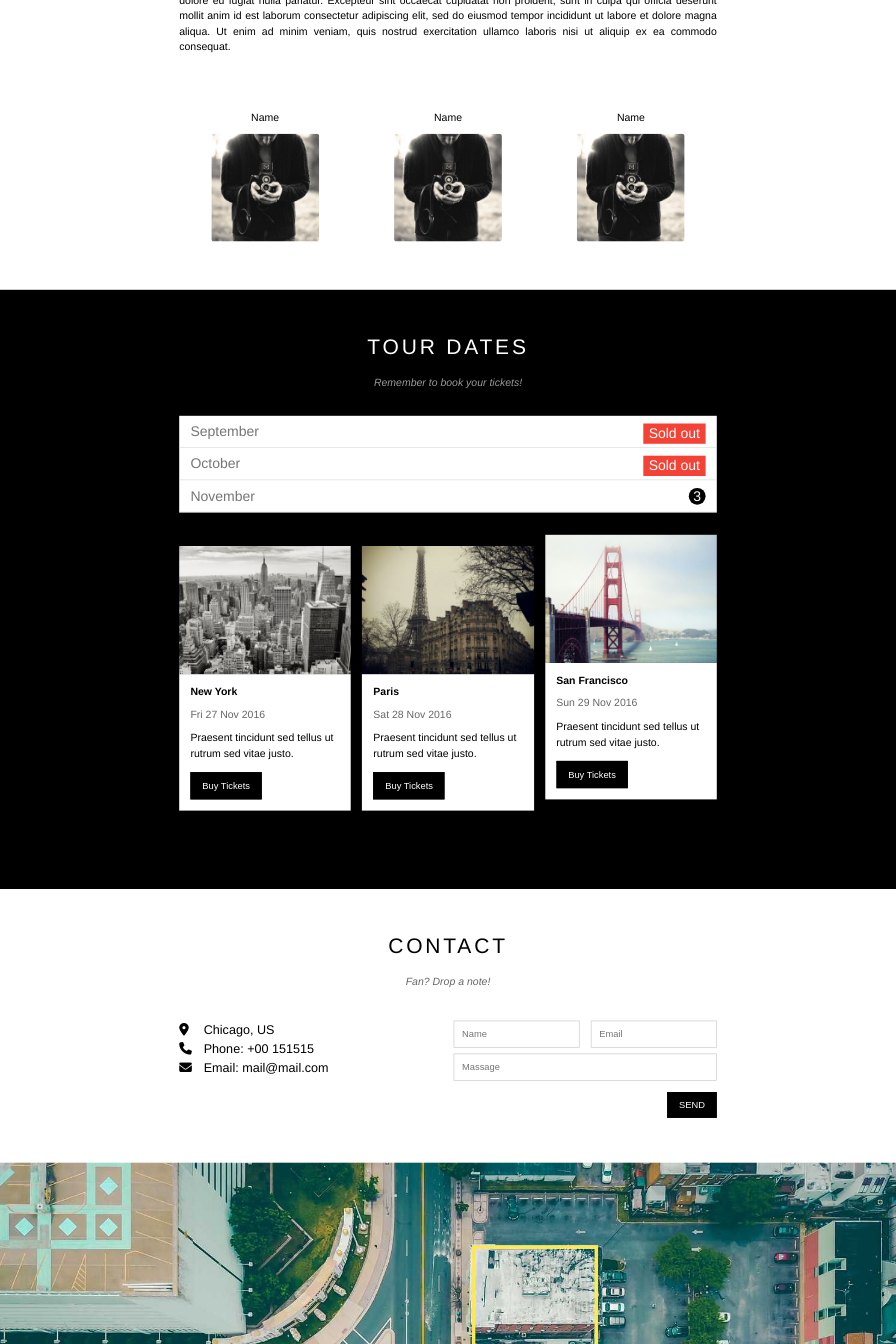
Repository: nugort/nugort.github.io
Page: learing/f8/the-band/index.html
The author's editor kept a copy of each file at every save. The page is drawn from the files as they stood at one save, then again after the next save.
The browser window is 1280 px wide. The pictures show the part of the page from y = 930 to 2850 px (the page is 3549 px tall), at 70% of full size.
Some web libraries are served in a nearby version.

Above is the page before, as saved 2022-03-07 03:53:15.

After the next save:
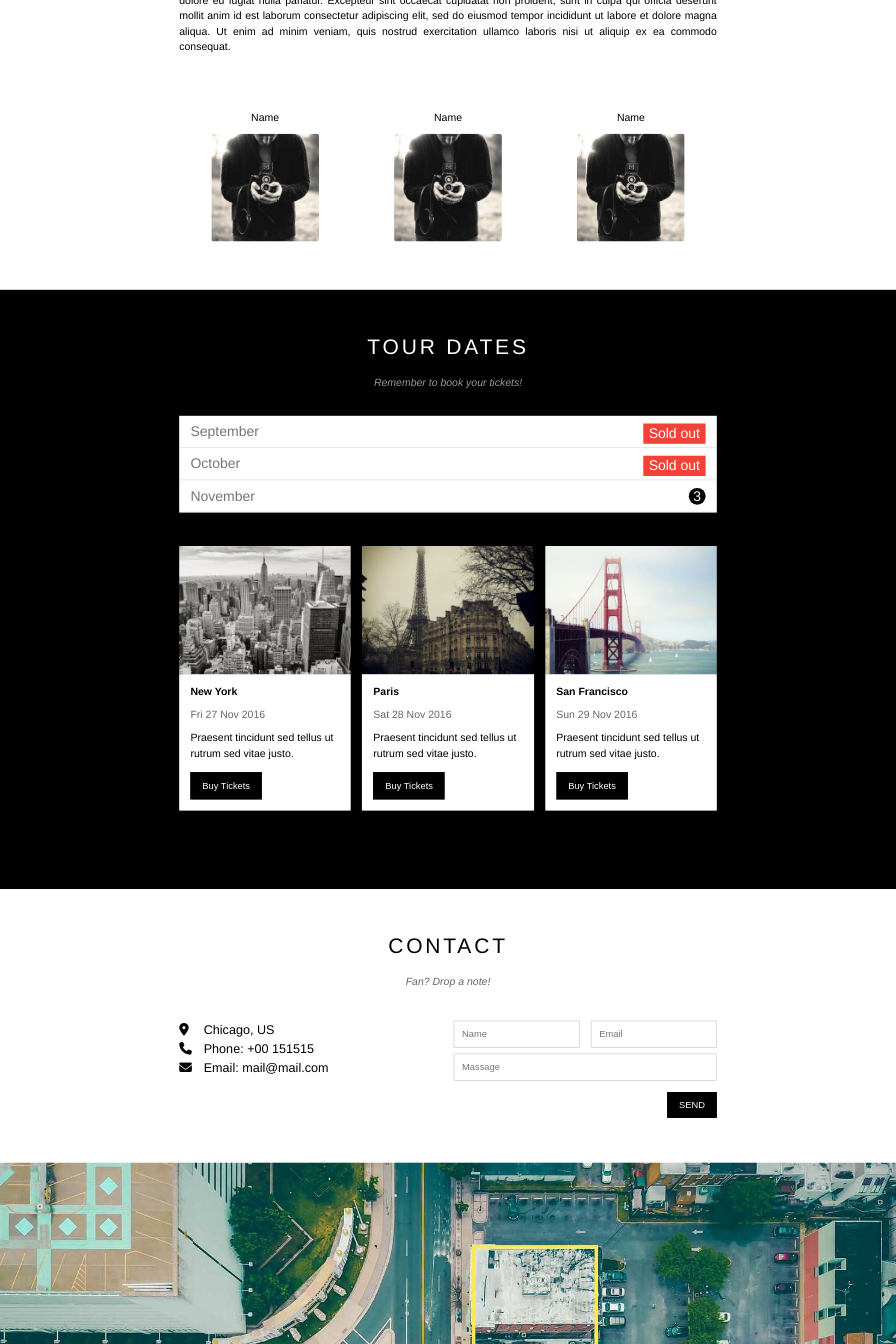
Saved 8 s later.
--- a/learing/f8/the-band/index.html
+++ b/learing/f8/the-band/index.html
@@ -152,7 +152,7 @@
                             </div>
                         </div>
 
-                        <div class="col three-cols s-one-col mt-16l">
+                        <div class="col three-cols s-one-col mt-16">
                             <img src="./assets/img/tour-places/sanfran.jpg" alt="San Francisco" class="place-img">
                             <div class="place-body">
                                 <h3 class="place-body-title">San Francisco</h3>
